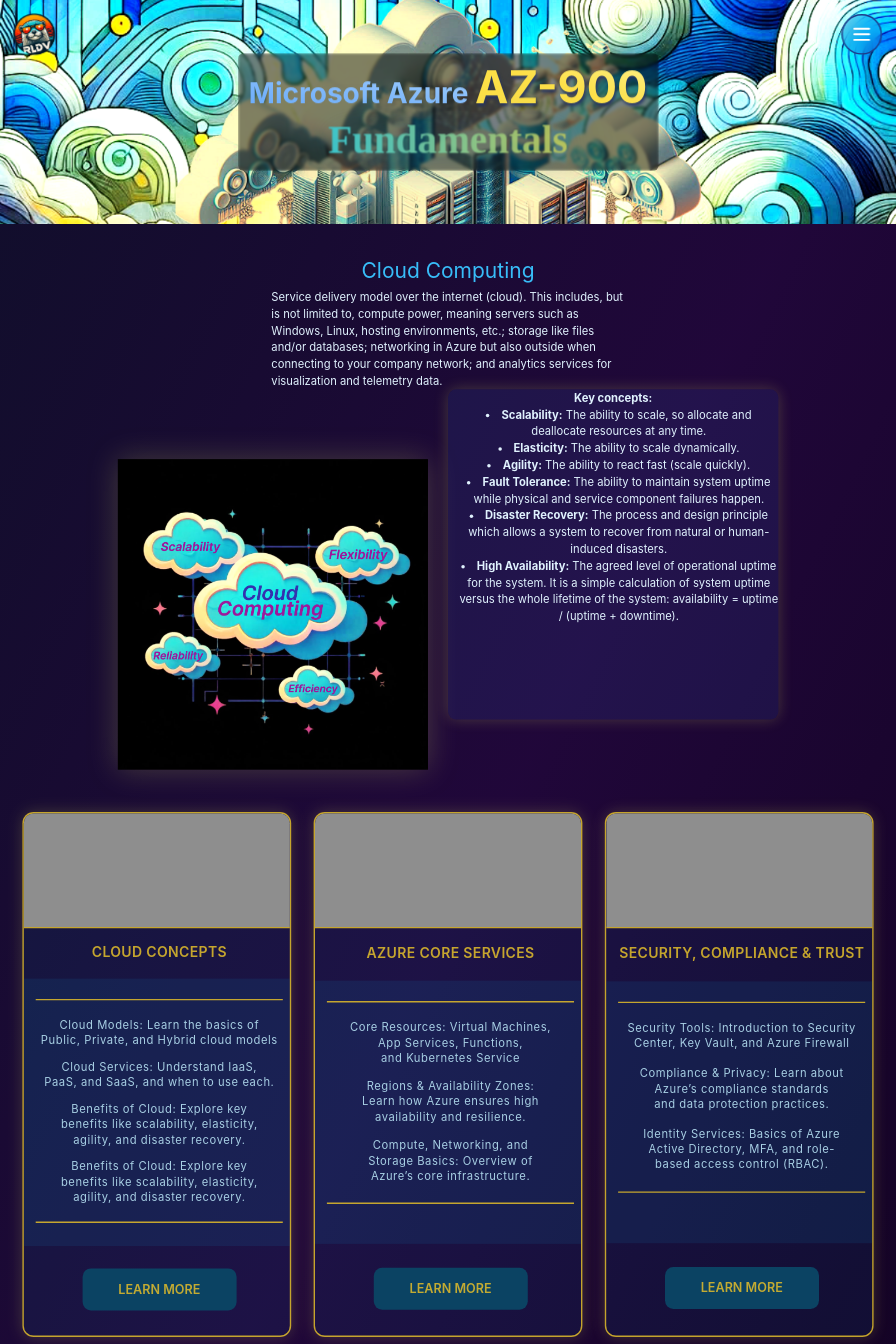
Repository: Freezler/az-900_svelte5
Page: /
The author's editor kept a copy of each file at every save. The page is drawn from the files as they stood at one save, then again after the next save.
The browser window is 1280 px wide. The pictures show the part of the page from y = 0 to 1920 px (the page is 2638 px tall), at 70% of full size.
Pictures or frames that could not be fetched are drawn as grey boxes. The project was rebuilt for these pictures with package versions that can differ from the ones it lists, and the page was loaded fresh each time. The framework's server and built-in components were replaced by stand-ins that run in the browser. Also part of the build but not shown: vite.config.ts.

Above is the page before, as saved 2024-11-10 10:42:11.

After the next save:
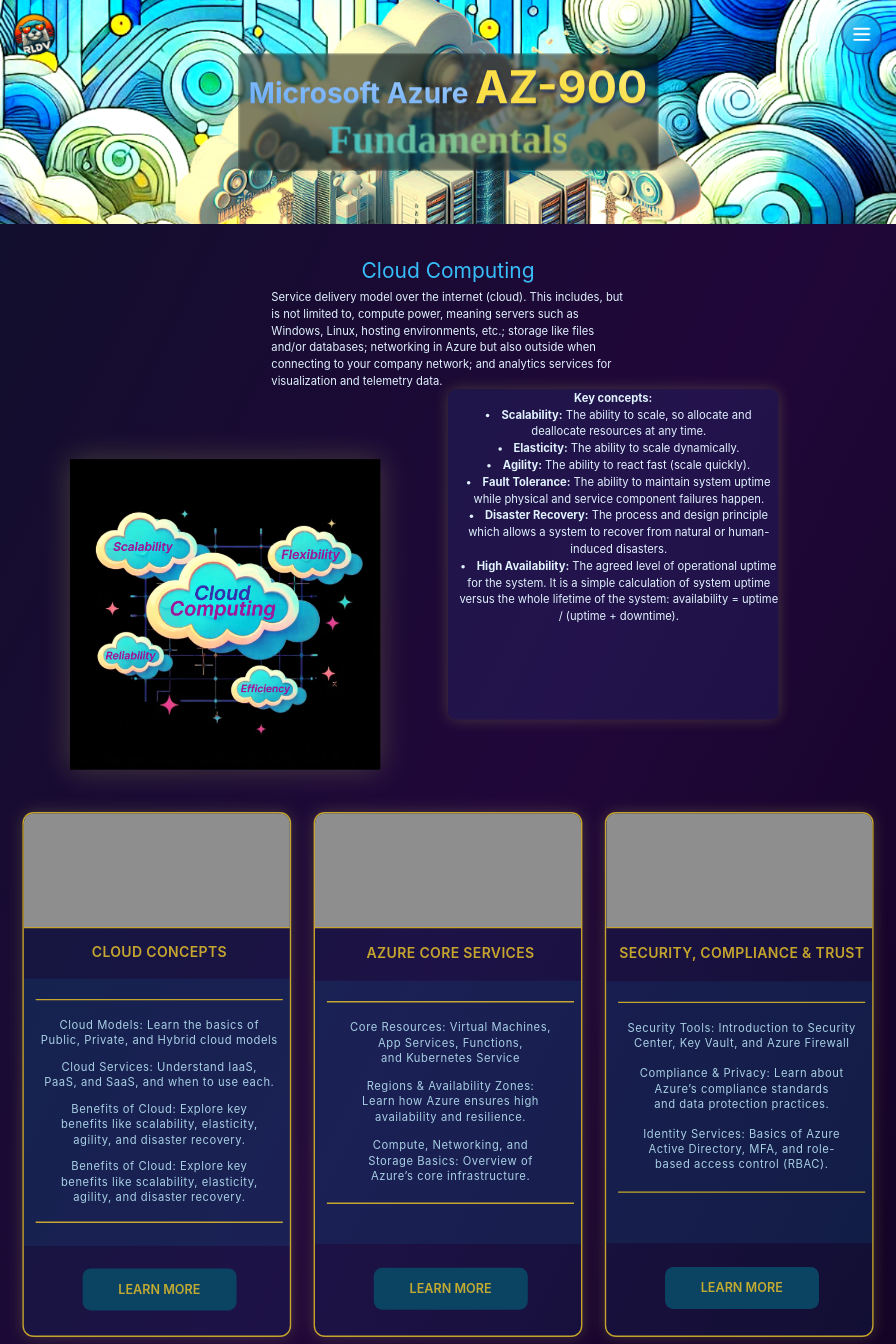
Saved 8 s later.
--- a/src/components/ComputingArticle.svelte
+++ b/src/components/ComputingArticle.svelte
@@ -14,7 +14,7 @@
 		alt="cloudSolutions"
 		loading="lazy"
 
-		class=" text-sky-100 drop-shadow-[0_0px_22px_rgba(255,255,99,0.2)] w-[572px] place-self-end"
+		class=" text-sky-100 drop-shadow-[0_0px_22px_rgba(255,255,99,0.2)] w-[572px] place-self-start"
 	/>
 	<article
 		class=" bg-blue-500/10  text-sky-100 w-[472px] h-[472px] place-self-start rounded-xl shadow-[0_0px_22px_rgba(255,255,99,0.2)]"

After the 2 saves that followed:
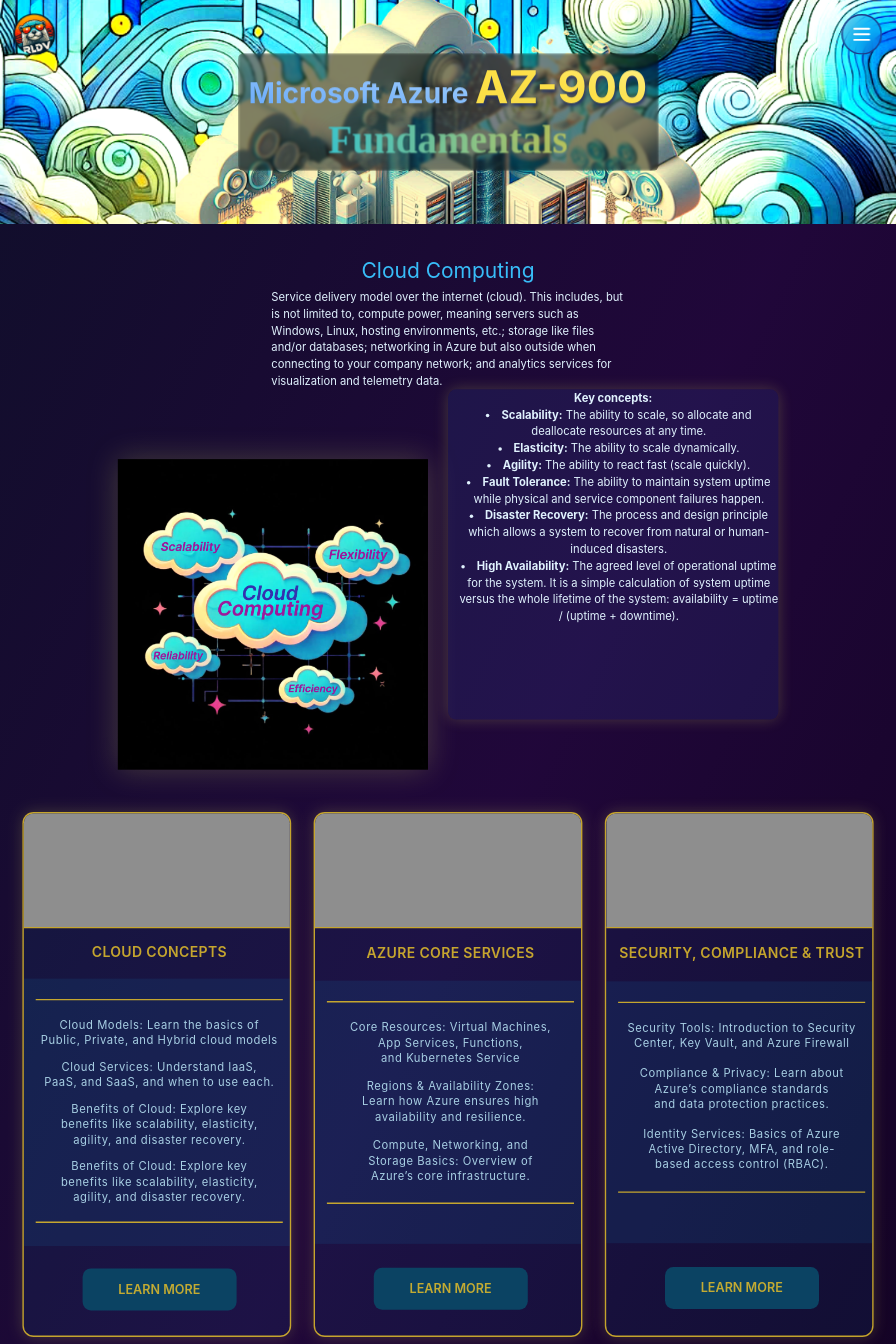
The 2 saves are shown as one change because they came seconds apart.
The last was saved 6 s later.
--- a/src/components/ComputingArticle.svelte
+++ b/src/components/ComputingArticle.svelte
@@ -14,7 +14,7 @@
 		alt="cloudSolutions"
 		loading="lazy"
 
-		class=" text-sky-100 drop-shadow-[0_0px_22px_rgba(255,255,99,0.2)] w-[572px] place-self-start"
+		class=" text-sky-100 drop-shadow-[0_0px_22px_rgba(255,255,99,0.2)] w-[572px] place-self-end"
 	/>
 	<article
 		class=" bg-blue-500/10  text-sky-100 w-[472px] h-[472px] place-self-start rounded-xl shadow-[0_0px_22px_rgba(255,255,99,0.2)]"
